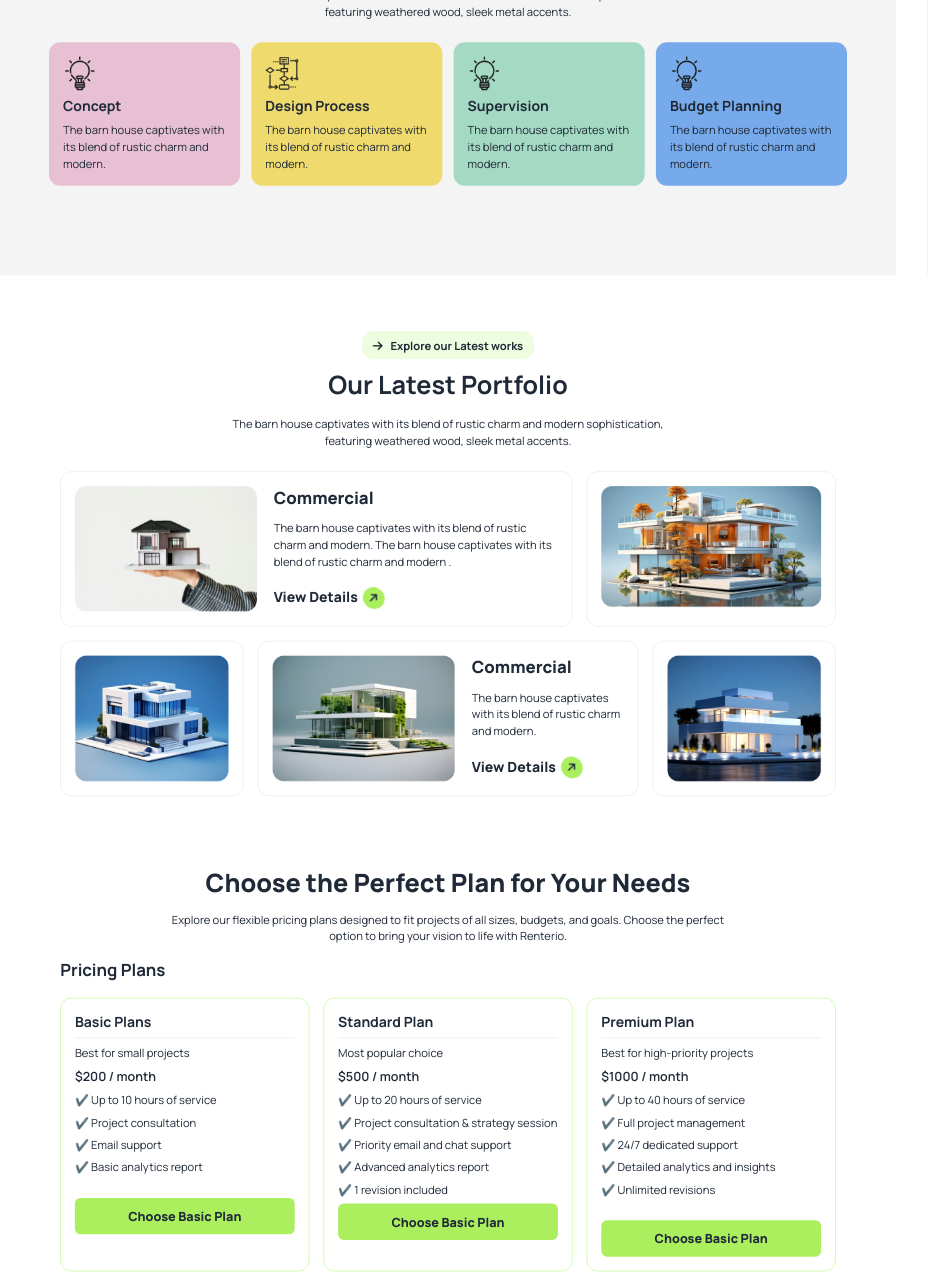
Repository: Tanvir4312/assignment-03
Page: index.html
The author's editor kept a copy of each file at every save. The page is drawn from the files as they stood at one save, then again after the next save.
The browser window is 1280 px wide. The page is 1325 px wide, so the pictures cover 1325 px, including what lies to the right of the window. The pictures show the part of the page from y = 1906 to 3746 px (the page is 3746 px tall), at 70% of full size.
Some web libraries are served in a nearby version.

Above is the page before, as saved 2024-10-30 20:09:26.

### index.html
<!DOCTYPE html>
<html lang="en">

<head>
    <meta charset="UTF-8">
    <meta name="viewport" content="width=device-width, initial-scale=1.0">
    <title>Renterio</title>
    <link rel="stylesheet" href="styles/styles.css">
    <!-- DaisyUI -->
    <link href="https://cdn.jsdelivr.net/npm/daisyui@4.12.14/dist/full.min.css" rel="stylesheet" type="text/css" />
    <script src="https://cdn.tailwindcss.com"></script>
    <!-- Icon -->
    <link rel="stylesheet" href="https://cdnjs.cloudflare.com/ajax/libs/font-awesome/6.6.0/css/all.min.css"
        integrity="sha512-Kc323vGBEqzTmouAECnVceyQqyqdsSiqLQISBL29aUW4U/M7pSPA/gEUZQqv1cwx4OnYxTxve5UMg5GT6L4JJg=="
        crossorigin="anonymous" referrerpolicy="no-referrer" />

    <script>
        tailwind.config = {
            theme: {
                extend: {
                    colors: {
                        clifford: '#da373d',
                        bgBtnColor: '#ABEF5F',
                        btnTextAndWorksTextColor: '#1C1C1C',
                        mainColor: '#212121',
                        secondaryColor: '#494949',

                    }
                }
            }
        }
    </script>
</head>

<body class="manrope-font">
    <header>
        <!-- Navbar -->
        <nav class="container mx-auto">
            <div class="navbar relative py-14">
                <div class="navbar-start">
                    <div class="absolute right-0">
                        <div class="dropdown">
                            <div tabindex="0" role="button"
                                class="btn btn-ghost mr-2 lg:hidden border border-[rgba(233,233,233)] rounded-full bg-[#f9f8f8]">
                                <svg xmlns="http://www.w3.org/2000/svg" class="h-5 w-5" fill="none" viewBox="0 0 24 24"
                                    stroke="currentColor">
                                    <path stroke-linecap="round" stroke-linejoin="round" stroke-width="2"
                                        d="M4 6h16M4 12h8m-8 6h16" />
                                </svg>
                            </div>
                            <div class="absolute -left-20">
                                <ul tabindex=""
                                    class="menu menu-sm dropdown-content bg-base-100 rounded-box z-[1] p-2 shadow w-32">
                                    <li><a>Home</a></li>
                                    <li><a>Services</a></li>
                                    <li><a>Portfolio</a></li>
                                    <li><a>Blogs</a></li>
                                    <li><a>Contact Us</a></li>
                                </ul>
                            </div>
                        </div>
                    </div>
                    <i class="fa-solid fa-arrow-right -rotate-45 bg-bgBtnColor p-2 rounded-full	"></i>
                    <a class="btn btn-ghost font-extrabold text-3xl pl-2">Renterio</a>
                </div>
                <div class="navbar-center hidden lg:flex">
                    <ul class="menu menu-horizontal px-1">
                        <li><a class="font-extrabold">Home</a></li>
                        <li><a>Services</a></li>
                        <li><a>Portfolio</a></li>
                        <li><a>Blogs</a></li>
                        <li><a>Contact Us</a></li>
                    </ul>
                </div>

                <div class="navbar-end hidden md:block">
                    <div class="flex justify-end">
                        <div class="flex items-center gap-3 mr-2">
                            <div class="px-3 py-1 border border-[rgba(233,233,233)] rounded-full bg-[#f9f8f8]">
                                <i class="fa-solid fa-magnifying-glass"></i>
                            </div>
                            <div class="px-3 py-1 border border-[rgba(233,233,233)] rounded-full bg-[#f9f8f8]">
                                <i class="fa-solid fa-cart-shopping"></i>
                            </div>
                        </div>
                        <div class="relative ">
                            <button class="btn bg-bgBtnColor rounded-3xl pr-14 text-lg font-semibold">Book
                                Consult</button>
                            <i
                                class="fa-solid fa-arrow-right -rotate-45 bg-black text-white p-2 rounded-full absolute top-2 right-4 "></i>
                        </div>
                    </div>
                </div>
            </div>
        </nav>
        <!-- Banner -->
        <section class="banner text-center">
            <!-- Banner Image -->
            <div class="flex justify-center px-14">
                <img src="./assets/banner.png" alt="">
            </div>
            <!-- Banner Text -->
            <div class="mt-6">
                <h1 class="text-3xl md:text-6xl font-extrabold md:leading-[80px]">A barn house of this design
                    has a <br>striking appearance
                </h1>
                <p class="mt-6 mb-8 px-5">The barn house captivates with its blend of rustic charm and modern
                    sophistication,
                    featuring weathered wood, sleek metal <br> accents, and large windows that flood the space with
                    natural light.</p>
                <!-- Banner Button -->
                <div class="relative flex px-2 md:justify-center md:items-center">
                    <div class="w-full text-start md:text-center">
                        <button
                            class="btn border border-[rgba(171,239,95)] bg-[rgba(171,239,95,0.5)] rounded-3xl mainColor text-xl font-extrabold pr-14 l w-full md:w-52">View
                            Details</button>
                    </div>
                    <div>
                        <i
                            class="fa-solid fa-arrow-right -rotate-45 bg-bgBtnColor p-2 rounded-full absolute bottom-2 right-[590px]"></i>

                        <i
                            class="md:hidden absolute top-3 right-20 fa-solid fa-arrow-right -rotate-45 bg-bgBtnColor p-2 rounded-full"></i>
                    </div>
                </div>
            </div>
        </section>
    </header>

    <main class="bg-[#F4F4F4]">
        <!-- Commercial and Residential Section -->
        <section class="bg-[#F4F4F4] md:my-24 my-5 pt-7 pb-5 md:pb-20">
            <!-- Vector Image -->
            <img class="hidden md:block border-dashed border-2 border-slate-300 py-7 ml-9" src="./assets/Vector.png"
                alt="">
            <div class="md:w-[1140px] mx-auto grid md:grid-cols-2 grid-cols-1 gap-5 p-4 md:p-0">
                <div>
                    <!-- About Us Button -->
                    <div class="flex justify-center md:flex-col">
                        <div class="bg-white w-32 py-2 px-4 rounded-2xl">
                            <i class="fa-solid fa-arrow-right pr-2"></i>
                            <button class="font-bold">About Us</button>
                        </div>
                    </div>
                    <!-- Text -->
                    <div class="mt-4 md:text-start text-center">
                        <h1 class="text-2xl md:text-4xl font-bold mainColor mb-6">We design thoughtful, <br> liveable
                            spaces
                        </h1>
                        <p class="secondaryColor">The barn house captivates with its blend of rustic charm and
                            modern sophistication, featuring weathered wood, sleek metal accents.</p>
                    </div>

                    <div class="flex md:items-center gap-5 my-6 bg-white p-6 rounded-2xl">
                        <!-- Image -->
                        <div>
                            <img src="./assets/commercial.png" alt="">
                        </div>
                        <!-- Text -->
                        <div>
                            <h3 class="text-xl font-extrabold">Commercial</h3>
                            <p><small>The barn house captivates with its blend <br> of rustic charm and modern.</small>
                            </p>
                        </div>
                    </div>
                    <div class="flex md:items-center gap-5 bg-white p-6 rounded-2xl">
                        <!-- Image -->
                        <div>
                            <img src="./assets/residential.png" alt="">
                        </div>
                        <!-- Text -->
                        <div>
                            <h3 class="text-xl font-extrabold">Residential</h3>
                            <p><small>The barn house captivates with its blend <br> of rustic charm and modern.</small>
                            </p>
                        </div>
                    </div>

                </div>
                <!-- Image -->
                <div>
                    <img class="h-60 w-full md:h-[500px]" src="./assets/Rectangle.png" alt="">
                </div>
            </div>
        </section>

        <!-- Works Process section -->
        <section class="md:w-[1140px] mx-auto px-4 md:px-0 md:pb-24">
            <!-- Works Button -->
            <div class="flex justify-center">
                <div class="bg-white py-2 px-4 rounded-2xl">
                    <i class="fa-solid fa-arrow-right pr-2"></i>
                    <button class="font-bold">How We Works</button>
                </div>
            </div>
            <!-- Text -->
            <div class="text-center">
                <h1 class="py-4 md:py-6 text-2xl md:text-4xl font-bold">Our Works Process</h1>
                <p>The barn house captivates with its blend of rustic charm and modern sophistication, <br> featuring
                    weathered wood, sleek metal accents.</p>
            </div>
            <!-- Card -->
            <div class="card grid grid-cols-1 md:grid-cols-4 gap-4 my-8">
                <div class="bg-[rgba(231,193,211)] rounded-2xl p-5">
                    <img src="./assets/concept.png" alt="">
                    <h4 class="py-2 text-xl font-bold">Concept</h4>
                    <p>The barn house captivates with its blend of rustic charm and modern.</p>
                </div>
                <div class="bg-[rgba(239,218,110)] rounded-2xl p-5">
                    <img src="./assets/flow-chart.png" alt="">
                    <h4 class="py-2 text-xl font-bold">Design Process</h4>
                    <p>The barn house captivates with its blend of rustic charm and modern.</p>
                </div>
                <div class="bg-[rgba(164,218,195)] rounded-2xl p-5">
                    <img src="./assets/concept.png" alt="">
                    <h4 class="py-2 text-xl font-bold">Supervision</h4>
                    <p>The barn house captivates with its blend of rustic charm and modern.</p>
                </div>
                <div class="bg-[rgba(119,170,234)] rounded-2xl p-5">
                    <img src="./assets/concept.png" alt="">
                    <h4 class="py-2 text-xl font-bold">Budget Planning</h4>
                    <p>The barn house captivates with its blend of rustic charm and modern.</p>
                </div>
            </div>
        </section>
        <!-- Latest Portfolio Section -->
        <section class="md:bg-white">
            <div class=" md:w-[1140px] mx-auto py-6 px-4 md:pt-20">
                <!-- Latest Works Button -->
                <div class="flex justify-center">
                    <div class="bg-[rgba(171,239,95,0.2)] py-2 px-4 rounded-2xl">
                        <i class="fa-solid fa-arrow-right pr-2"></i>
                        <button class="font-bold">Explore our Latest works</button>
                    </div>
                </div>
                <!-- Text -->
                <div class="text-center">
                    <h1 class="pt-4 pb-6 md:text-4xl text-2xl font-bold">Our Latest Portfolio</h1>
                    <p>The barn house captivates with its blend of rustic charm and modern sophistication, <br>
                        featuring
                        weathered wood, sleek metal accents.</p>
                </div>
                <!-- Latest Portfolio Card First Row -->
                <div class="pt-8 grid grid-cols-1 md:grid-cols-3 gap-5">
                    <!-- First Card -->
                    <div class="md:col-span-2 rounded-2xl ">
                        <div class="md:flex gap-6 border border-[rgba(233,233,233)] rounded-2xl p-5 bg-white">
                            <img src="./assets/img1.png" alt="">
                            <div>
                                <h3 class="text-2xl font-extrabold">Commercial</h3>
                                <p class="pt-4 pb-6">The barn house captivates with its blend of rustic charm and
                                    modern. The barn house
                                    captivates with its blend of rustic charm and modern .</p>

                                <a class="text-xl font-extrabold pr-1" href="">View Details</a>
                                <i class="fa-solid fa-arrow-right -rotate-45 bg-bgBtnColor p-2 rounded-full	"></i>
                            </div>
                        </div>
                    </div>
                    <!-- Second Card -->
                    <div class="border border-[rgba(233,233,233)] rounded-2xl p-5 bg-white">
                        <img src="./assets/img2.png" alt="">
                    </div>

                </div>
                <!-- Latest Portfolio Card Second Row -->
                <div class="grid grid-cols-1 md:grid-cols-4 gap-5 mt-5">
                    <!-- First Card -->
                    <div class="border border-[rgba(233,233,233)] rounded-2xl p-5 bg-white">
                        <img class="h-full w-full" src="./assets/img3.png" alt="">
                    </div>
                    <!-- Second Card -->
                    <div class="md:col-span-2 rounded-2xl ">
                        <div class="md:flex gap-6 border border-[rgba(233,233,233)] rounded-2xl p-5 bg-white">
                            <img src="./assets/img4.png" alt="">
                            <div>
                                <h3 class="text-2xl font-extrabold">Commercial</h3>
                                <p class="pt-4 pb-6">The barn house captivates with its blend of rustic charm and
                                    modern.</p>

                                <a class="text-xl font-extrabold pr-1" href="">View Details</a>
                                <i class="fa-solid fa-arrow-right -rotate-45 bg-bgBtnColor p-2 rounded-full	"></i>
                            </div>
                        </div>
                    </div>
                    <!-- Third Card -->
                    <div class="border border-[rgba(233,233,233)] rounded-2xl p-5 bg-white">
                        <img class="h-full w-full" src="./assets/img5.png" alt="">
                    </div>

                </div>
            </div>
        </section>
        <!-- Perfect Plan Section -->
        <section class="md:bg-white">
            <div class="md:w-[1140px] mx-auto py-6 px-4 md:pt-20">
                <!-- Text -->
                <div class="text-center">
                    <h1 class="text-2xl md:text-4xl font-extrabold">Choose the Perfect Plan for Your Needs</h1>
                    <p class="py-5">Explore our flexible pricing plans designed to fit projects of all sizes, budgets,
                        and goals. Choose the perfect <br> option to bring your vision to life with Renterio.</p>
                </div>
                <p class="text-2xl font-bold pb-6">Pricing Plans</p>
                <!-- Cards -->
                <div class="grid grid-cols-1 md:grid-cols-3 gap-5">
                    <!-- Card-01 -->
                    <div class="border border-[#bdfe8b] p-5 rounded-2xl bg-white">
                        <div class="space-y-2">
                            <h3 class="text-xl font-bold">Basic Plans</h3>
                            <hr>
                            <p>Best for small projects</p>
                            <h5 class="text-lg font-semibold">$200 / month</h5>
                            <li class="list-none">✔️ Up to 10 hours of service</li>
                            <li class="list-none">✔️ Project consultation</li>
                            <li class="list-none">✔️ Email support</li>
                            <li class="list-none">✔️ Basic analytics report</li>
                        </div>

                            <button class="bg-bgBtnColor p-3 rounded-lg text-lg font-extrabold mt-8 w-full">Choose
                                Basic Plan</button>

                    </div>
                    <!-- Card-02 -->
                    <div class="border border-[#bdfe8b] p-5 rounded-2xl bg-white">
                        <div class="space-y-2">
                            <h3 class="text-xl font-bold">Standard Plan</h3>
                            <hr>
                            <p>Most popular choice</p>
                            <h5 class="text-lg font-semibold">$500 / month</h5>
                            <li class="list-none">✔️ Up to 20 hours of service</li>
                            <li class="list-none">✔️ Project consultation & strategy session</li>
                            <li class="list-none">✔️ Priority email and chat support</li>
                            <li class="list-none">✔️ Advanced analytics report</li>
                            <li class="list-none">✔️ 1 revision included</li>
                        </div>

                            <button class="bg-bgBtnColor p-3 rounded-lg text-lg font-extrabold mt-2 w-full">Choose
                                Basic Plan</button>

                    </div>
                    <!-- Card-03 -->
                    <div class="border border-[#bdfe8b] p-5 rounded-2xl bg-white">
                        <div class="space-y-2">
                            <h3 class="text-xl font-bold">Premium Plan</h3>
                            <hr>
                            <p>Best for high-priority projects</p>
                            <h5 class="text-lg font-semibold">$1000 / month</h5>
                            <li class="list-none">✔️ Up to 40 hours of service</li>
                            <li class="list-none">✔️  Full project management</li>
                            <li class="list-none">✔️  24/7 dedicated support</li>
                            <li class="list-none">✔️ Detailed analytics and insights</li>
                            <li class="list-none">✔️ Unlimited revisions</li>
                        </div>

                            <button class="bg-bgBtnColor p-3 rounded-lg text-lg font-extrabold mt-8 w-full">Choose
                                Basic Plan</button>

                    </div>

                </div>
            </div>
        </section>
    </main>
    <!--  -->
    <section>

    </section>

</body>

</html>

### styles/styles.css
/* Font */
@import url('https://fonts.googleapis.com/css2?family=Manrope:wght@200..800&display=swap');


.manrope-font {
  font-family: "Manrope", sans-serif;


}

After the next save:
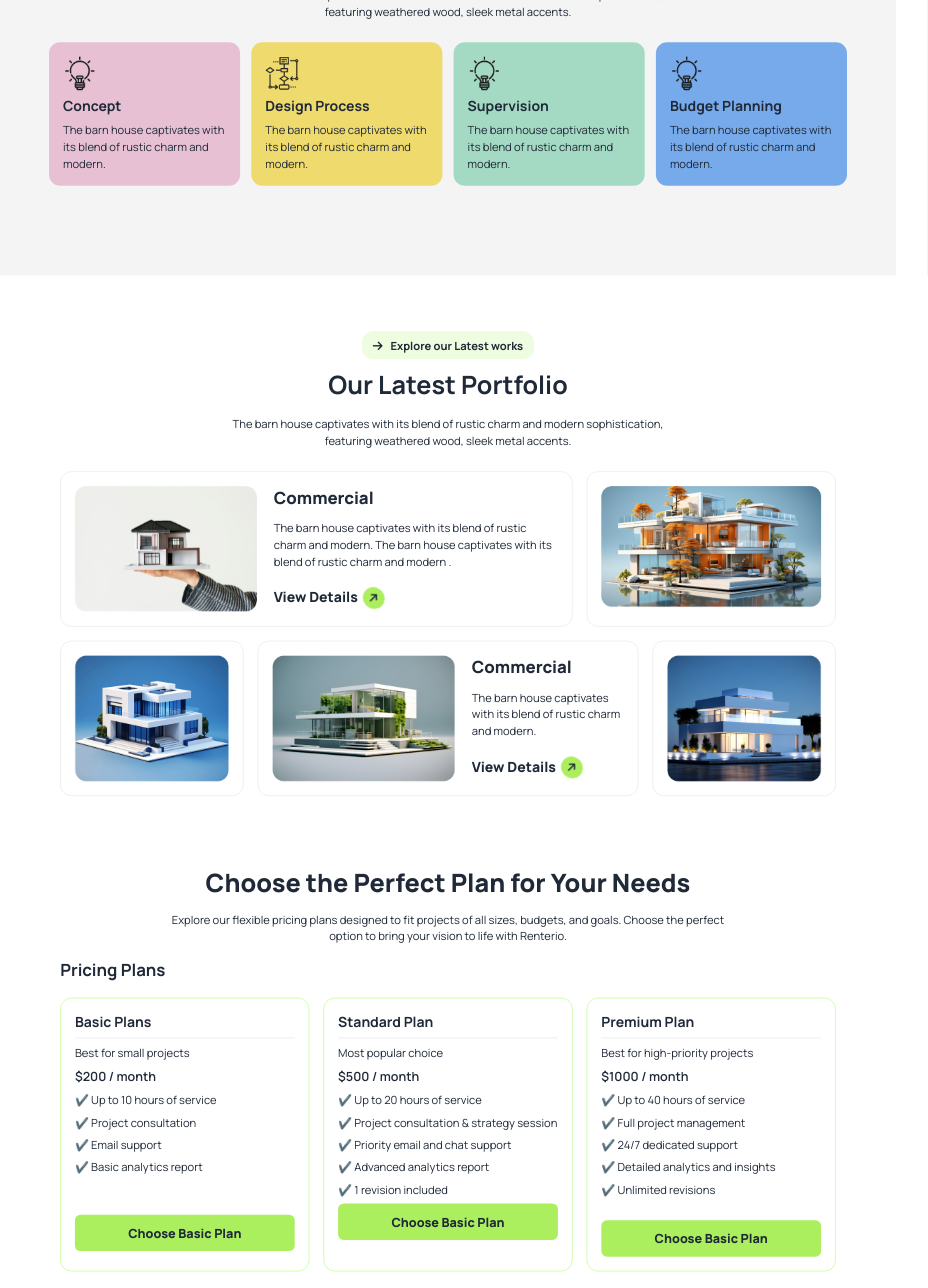
Saved 9 s later.
--- a/index.html
+++ b/index.html
@@ -316,7 +316,7 @@
                             <li class="list-none">✔️ Basic analytics report</li>
                         </div>
 
-                            <button class="bg-bgBtnColor p-3 rounded-lg text-lg font-extrabold mt-8 w-full">Choose
+                            <button class="bg-bgBtnColor p-3 rounded-lg text-lg font-extrabold mt-14 w-full">Choose
                                 Basic Plan</button>
 
                     </div>
